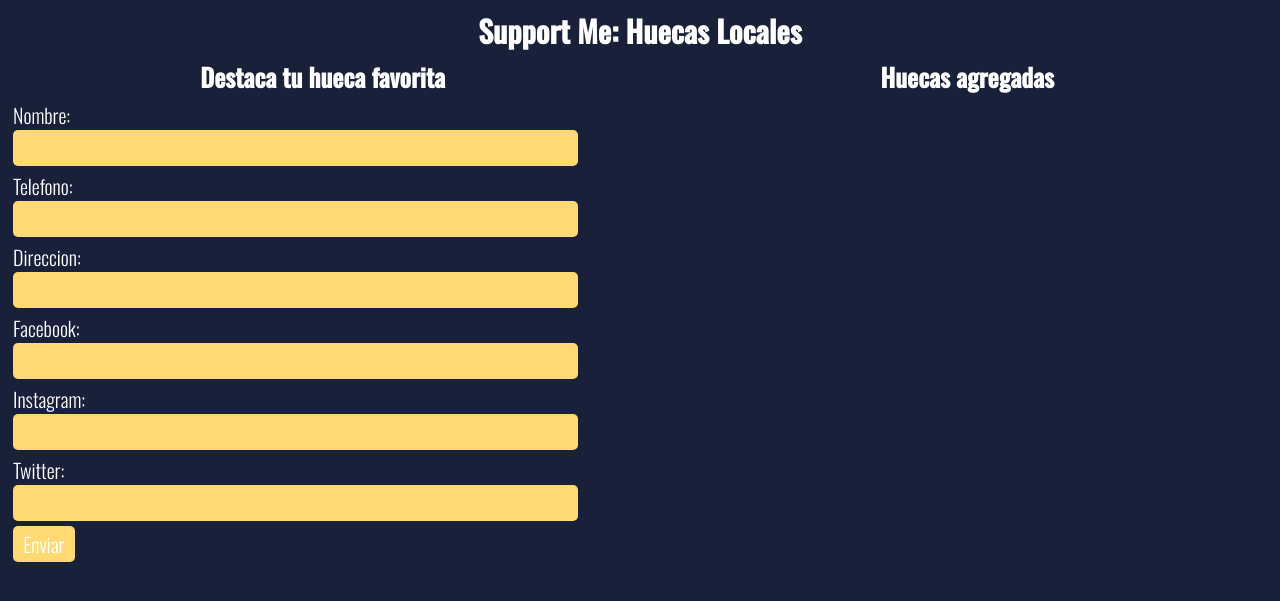
Repository: renzopachecoj/huecas-website
Page: index.html
The author's editor kept a copy of each file at every save. The page is drawn from the files as they stood at one save, then again after the next save.
The browser window is 1280 px wide. The pictures show the whole page.

Above is the page before, as saved 2020-08-01 15:37:20.

After the next save:
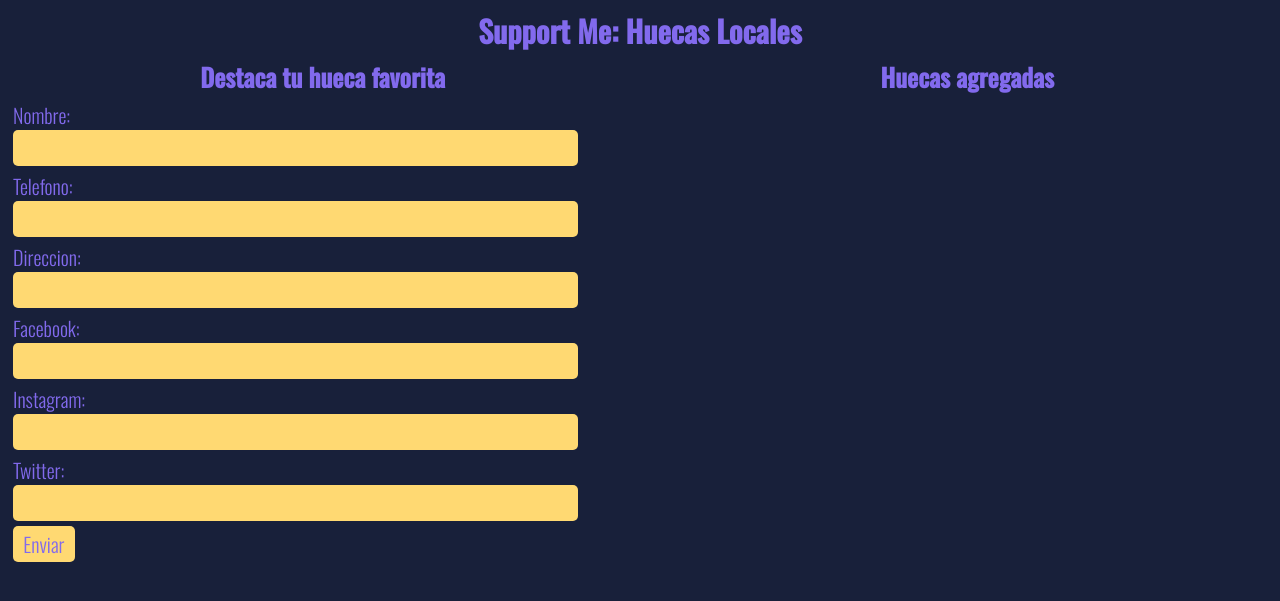
Saved 73 s later.
--- a/styles.css
+++ b/styles.css
@@ -4,7 +4,7 @@
     font-family: 'Oswald', sans-serif;
     font-weight: lighter;
     font-size: 20px;
-    color: #fff;
+    color: #826AED;
 }
 body{
     background-color: #18203a;
